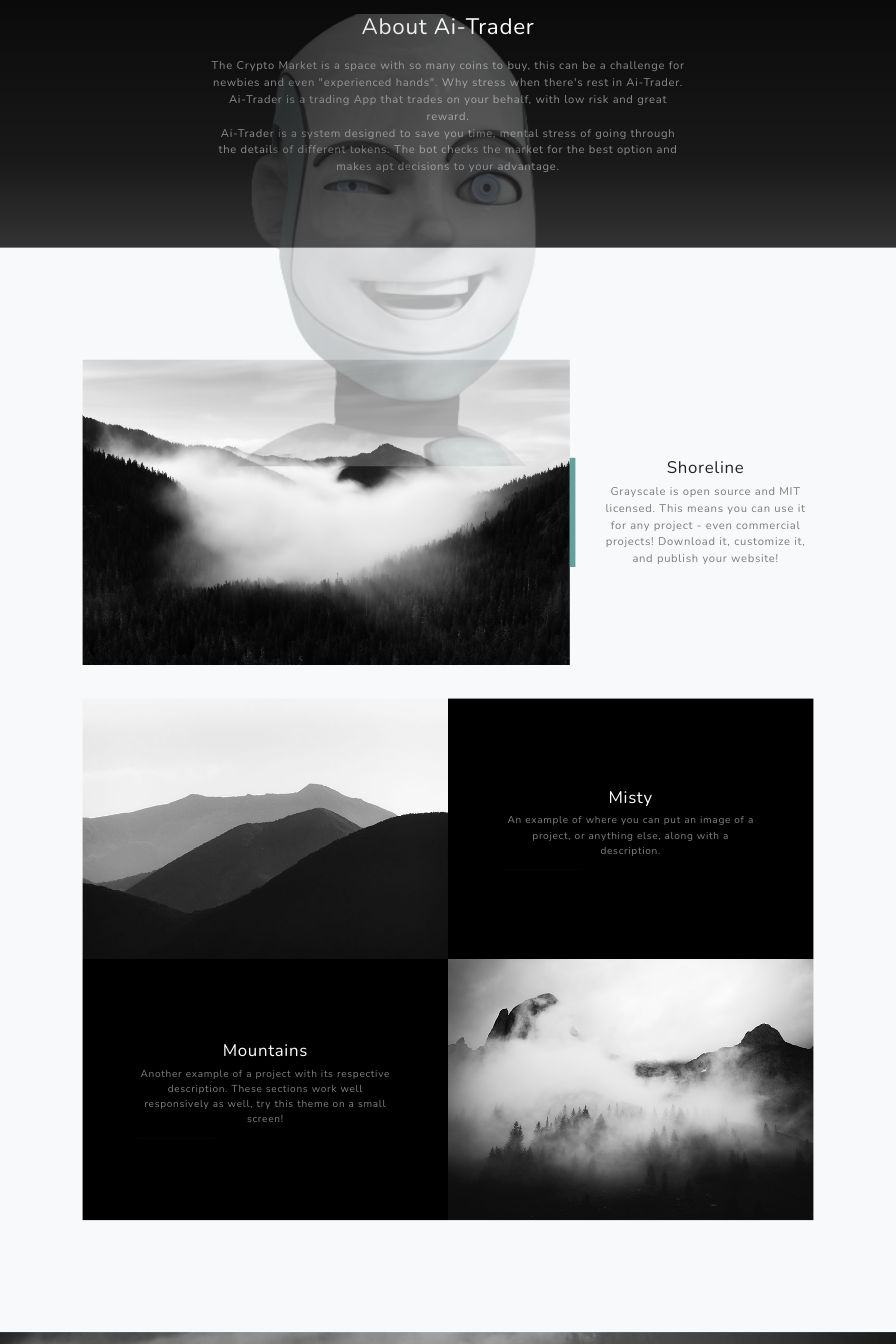
Repository: seyicoded/ico_one
Page: docs/index.html
These files come from the project's save history. The page is drawn as it stood at one moment and after the next save; the edit follows.
The browser window is 1280 px wide. The pictures show the part of the page from y = 860 to 2780 px (the page is 3859 px tall before and 4135 px after), at 70% of full size.

Above is the page before, as saved 2022-02-13 16:46:19.

### docs/index.html
<!DOCTYPE html>
<html lang="en">
    <head>
        <meta charset="utf-8" />
        <meta name="viewport" content="width=device-width, initial-scale=1, shrink-to-fit=no" />
        <meta name="description" content="" />
        <meta name="author" content="" />
        <title>Ai-Trader</title>
        <link rel="icon" type="image/x-icon" href="assets/favicon.ico" />
        <!-- Font Awesome icons (free version)-->
        <script src="https://use.fontawesome.com/releases/v5.15.4/js/all.js" crossorigin="anonymous"></script>
        <!-- Google fonts-->
        <link href="https://fonts.googleapis.com/css?family=Varela+Round" rel="stylesheet" />
        <link href="https://fonts.googleapis.com/css?family=Nunito:200,200i,300,300i,400,400i,600,600i,700,700i,800,800i,900,900i" rel="stylesheet" />
        <!-- Core theme CSS (includes Bootstrap)-->
        <link href="css/styles.css" rel="stylesheet" />
        <link href="css/animate.css" rel="stylesheet" />
        <link href="css/custom.css" rel="stylesheet" />
        <script src="js/jquery.js"></script>
        <script src="js/wow.js"></script>
        <script src="js/bs.js"></script>
        <script type="text/javascript">
            //Initiat WOW JS
            window.onload = function(){
                $("#loaderr").hide();
                new WOW().init();
            }
            // new WOW().init();
        </script>
        <style>
            #loaderr{
                position: fixed;
                z-index: 99;
                top: 0;
                bottom: 0;
                left: 0;
                right: 0;
                background: linear-gradient(grey, black);
                display: flex;
                justify-content: center;
                align-items: center;
            }
            #skip-loader{
                position: fixed;
                bottom: 3%;
                right: 3%;
                background-color: transparent;
                color: white;
                border: none;
            }
        </style>
    </head>
    <body id="page-top">
        <!--  loader start -->
        <div id="loaderr">
            <img src="assets/svg/Spin-0.5s-247px.svg" />
            <button id="skip-loader" onclick="$('#loaderr').hide()">skip</button>
        </div>
        <!-- loader stop -->

        <!-- Navigation-->
        <nav class="navbar navbar-expand-lg navbar-light fixed-top" id="mainNav">
            <div class="container px-4 px-lg-5">
                <a class="navbar-brand" href="#page-top">Ai-Trader</a>
                <button class="navbar-toggler navbar-toggler-right" type="button" data-bs-toggle="collapse" data-bs-target="#navbarResponsive" aria-controls="navbarResponsive" aria-expanded="false" aria-label="Toggle navigation">
                    Menu
                    <i class="fas fa-bars"></i>
                </button>
                <div class="collapse navbar-collapse" id="navbarResponsive">
                    <ul class="navbar-nav ms-auto">
                        <li class="nav-item"><a class="nav-link" href="#about">About</a></li>
                        <li class="nav-item"><a class="nav-link" href="#projects">Projects</a></li>
                        <li class="nav-item"><a class="nav-link" href="#signup">Contact</a></li>
                    </ul>
                </div>
            </div>
        </nav>
        <!-- Masthead-->
        <header class="masthead">
            <div class="container px-4 px-lg-5 d-flex h-100 align-items-center justify-content-center">
                <div class="d-flex justify-content-center">
                    <div class="text-center">
                        <h1 class="mx-auto my-0 text-uppercase wow fadeIn animated" data-wow-duration="1090ms" data-wow-delay="1000ms">We Got You Covered</h1>
                        <h2 class="text-white-50 mx-auto mt-2 mb-5 wow fadeIn animated" data-wow-duration="1090ms" data-wow-delay="1300ms">An Artificial Intelligence You Can Trust.</h2>
                        <a class="btn btn-primary wow fadeIn animated" href="#about"  data-wow-duration="1090ms" data-wow-delay="1600ms">Get Started</a>
                    </div>
                </div>
            </div>
        </header>
        <!-- About-->
        <section class="about-section text-center" id="about">
            <div class="container px-4 px-lg-5">
                <div class="row gx-4 gx-lg-5 justify-content-center">
                    <div class="col-lg-8">
                        <h2 class="text-white mb-4">About Ai-Trader</h2>
                        <p class="text-white-50">
                            The Crypto Market is a space with so many coins to buy, this can be a challenge for newbies and even "experienced hands". Why stress when there's rest in Ai-Trader. <br />
                            Ai-Trader is a trading App that trades on your behalf, with low risk and great reward. <br />
                            Ai-Trader is a system designed to save you time, mental stress of going through the details of different tokens. The bot checks the market for the best option and makes apt decisions to your advantage.
                        </p>
                    </div>
                    <img class="img-fluid" src="assets/img/ipad.png" style="filter: grayscale(80%); position: absolute; opacity: 30%;" alt="..." />
                </div>
                <!-- <img class="img-fluid" src="assets/img/ipad.png" style="filter: grayscale(80%); position: absolute; opacity: 30%;" alt="..." /> -->
                <div>&nbsp;</div>
            </div>
        </section>
        <!-- Projects-->
        <section class="projects-section bg-light" id="projects">
            <div class="container px-4 px-lg-5">
                <!-- Featured Project Row-->
                <div class="row gx-0 mb-4 mb-lg-5 align-items-center">
                    <div class="col-xl-8 col-lg-7"><img class="img-fluid mb-3 mb-lg-0" src="assets/img/bg-masthead.jpg" alt="..." /></div>
                    <div class="col-xl-4 col-lg-5">
                        <div class="featured-text text-center text-lg-left">
                            <h4>Shoreline</h4>
                            <p class="text-black-50 mb-0">Grayscale is open source and MIT licensed. This means you can use it for any project - even commercial projects! Download it, customize it, and publish your website!</p>
                        </div>
                    </div>
                </div>
                <!-- Project One Row-->
                <div class="row gx-0 mb-5 mb-lg-0 justify-content-center">
                    <div class="col-lg-6"><img class="img-fluid" src="assets/img/demo-image-01.jpg" alt="..." /></div>
                    <div class="col-lg-6">
                        <div class="bg-black text-center h-100 project">
                            <div class="d-flex h-100">
                                <div class="project-text w-100 my-auto text-center text-lg-left">
                                    <h4 class="text-white">Misty</h4>
                                    <p class="mb-0 text-white-50">An example of where you can put an image of a project, or anything else, along with a description.</p>
                                    <hr class="d-none d-lg-block mb-0 ms-0" />
                                </div>
                            </div>
                        </div>
                    </div>
                </div>
                <!-- Project Two Row-->
                <div class="row gx-0 justify-content-center">
                    <div class="col-lg-6"><img class="img-fluid" src="assets/img/demo-image-02.jpg" alt="..." /></div>
                    <div class="col-lg-6 order-lg-first">
                        <div class="bg-black text-center h-100 project">
                            <div class="d-flex h-100">
                                <div class="project-text w-100 my-auto text-center text-lg-right">
                                    <h4 class="text-white">Mountains</h4>
                                    <p class="mb-0 text-white-50">Another example of a project with its respective description. These sections work well responsively as well, try this theme on a small screen!</p>
                                    <hr class="d-none d-lg-block mb-0 me-0" />
                                </div>
                            </div>
                        </div>
                    </div>
                </div>
            </div>
        </section>
        <!-- Signup-->
        <section class="signup-section" id="signup">
            <div class="container px-4 px-lg-5">
                <div class="row gx-4 gx-lg-5">
                    <div class="col-md-10 col-lg-8 mx-auto text-center">
                        <i class="far fa-paper-plane fa-2x mb-2 text-white"></i>
                        <h2 class="text-white mb-5">Subscribe to receive updates!</h2>
                        <!-- * * * * * * * * * * * * * * *-->
                        <!-- * * SB Forms Contact Form * *-->
                        <!-- * * * * * * * * * * * * * * *-->
                        <!-- This form is pre-integrated with SB Forms.-->
                        <!-- To make this form functional, sign up at-->
                        <!-- https://startbootstrap.com/solution/contact-forms-->
                        <!-- to get an API token!-->
                        <form class="form-signup" id="contactForm" data-sb-form-api-token="API_TOKEN">
                            <!-- Email address input-->
                            <div class="row input-group-newsletter">
                                <div class="col"><input class="form-control" id="emailAddress" type="email" placeholder="Enter email address..." aria-label="Enter email address..." data-sb-validations="required,email" /></div>
                                <div class="col-auto"><button class="btn btn-primary disabled" id="submitButton" type="submit">Notify Me!</button></div>
                            </div>
                            <div class="invalid-feedback mt-2" data-sb-feedback="emailAddress:required">An email is required.</div>
                            <div class="invalid-feedback mt-2" data-sb-feedback="emailAddress:email">Email is not valid.</div>
                            <!-- Submit success message-->
                            <!---->
                            <!-- This is what your users will see when the form-->
                            <!-- has successfully submitted-->
                            <div class="d-none" id="submitSuccessMessage">
                                <div class="text-center mb-3 mt-2 text-white">
                                    <div class="fw-bolder">Form submission successful!</div>
                                    To activate this form, sign up at
                                    <br />
                                    <a href="https://startbootstrap.com/solution/contact-forms">https://startbootstrap.com/solution/contact-forms</a>
                                </div>
                            </div>
                            <!-- Submit error message-->
                            <!---->
                            <!-- This is what your users will see when there is-->
                            <!-- an error submitting the form-->
                            <div class="d-none" id="submitErrorMessage"><div class="text-center text-danger mb-3 mt-2">Error sending message!</div></div>
                        </form>
                    </div>
                </div>
            </div>
        </section>
        <!-- Contact-->
        <section class="contact-section bg-black">
            <div class="container px-4 px-lg-5">
                <div class="row gx-4 gx-lg-5">
                    <div class="col-md-4 mb-3 mb-md-0">
                        <div class="card py-4 h-100">
                            <div class="card-body text-center">
                                <i class="fas fa-map-marked-alt text-primary mb-2"></i>
                                <h4 class="text-uppercase m-0">Address</h4>
                                <hr class="my-4 mx-auto" />
                                <div class="small text-black-50">4923 Market Street, Orlando FL</div>
                            </div>
                        </div>
                    </div>
                    <div class="col-md-4 mb-3 mb-md-0">
                        <div class="card py-4 h-100">
                            <div class="card-body text-center">
                                <i class="fas fa-envelope text-primary mb-2"></i>
                                <h4 class="text-uppercase m-0">Email</h4>
                                <hr class="my-4 mx-auto" />
                                <div class="small text-black-50"><a href="#!">hello@yourdomain.com</a></div>
                            </div>
                        </div>
                    </div>
                    <div class="col-md-4 mb-3 mb-md-0">
                        <div class="card py-4 h-100">
                            <div class="card-body text-center">
                                <i class="fas fa-mobile-alt text-primary mb-2"></i>
                                <h4 class="text-uppercase m-0">Phone</h4>
                                <hr class="my-4 mx-auto" />
                                <div class="small text-black-50">+1 (555) 902-8832</div>
                            </div>
                        </div>
                    </div>
                </div>
                <div class="social d-flex justify-content-center">
                    <a class="mx-2" href="#!"><i class="fab fa-twitter"></i></a>
                    <a class="mx-2" href="#!"><i class="fab fa-facebook-f"></i></a>
                    <a class="mx-2" href="#!"><i class="fab fa-github"></i></a>
                </div>
            </div>
        </section>
        <!-- Footer-->
        <footer class="footer bg-black small text-center text-white-50"><div class="container px-4 px-lg-5">Copyright &copy; Your Website 2021</div></footer>
        <!-- Bootstrap core JS-->
        <script src="https://cdn.jsdelivr.net/npm/bootstrap@5.1.3/dist/js/bootstrap.bundle.min.js"></script>
        <!-- Core theme JS-->
        <script src="js/scripts.js"></script>

        <!-- * * * * * * * * * * * * * * * * * * * * * * * * * * * * * * * * * * * * * * * *-->
        <!-- * *                               SB Forms JS                               * *-->
        <!-- * * Activate your form at https://startbootstrap.com/solution/contact-forms * *-->
        <!-- * * * * * * * * * * * * * * * * * * * * * * * * * * * * * * * * * * * * * * * *-->
        <script src="https://cdn.startbootstrap.com/sb-forms-latest.js"></script>
    </body>
</html>

### docs/js/scripts.js
/*!
* Start Bootstrap - Grayscale v7.0.4 (https://startbootstrap.com/theme/grayscale)
* Copyright 2013-2021 Start Bootstrap
* Licensed under MIT (https://github.com/StartBootstrap/startbootstrap-grayscale/blob/master/LICENSE)
*/
//
// Scripts
//

window.addEventListener('DOMContentLoaded', event => {

    // Navbar shrink function
    var navbarShrink = function () {
        const navbarCollapsible = document.body.querySelector('#mainNav');
        if (!navbarCollapsible) {
            return;
        }
        if (window.scrollY === 0) {
            navbarCollapsible.classList.remove('navbar-shrink')
        } else {
            navbarCollapsible.classList.add('navbar-shrink')
        }

    };

    // Shrink the navbar
    navbarShrink();

    // Shrink the navbar when page is scrolled
    document.addEventListener('scroll', navbarShrink);

    // Activate Bootstrap scrollspy on the main nav element
    const mainNav = document.body.querySelector('#mainNav');
    if (mainNav) {
        new bootstrap.ScrollSpy(document.body, {
            target: '#mainNav',
            offset: 74,
        });
    };

    // Collapse responsive navbar when toggler is visible
    const navbarToggler = document.body.querySelector('.navbar-toggler');
    const responsiveNavItems = [].slice.call(
        document.querySelectorAll('#navbarResponsive .nav-link')
    );
    responsiveNavItems.map(function (responsiveNavItem) {
        responsiveNavItem.addEventListener('click', () => {
            if (window.getComputedStyle(navbarToggler).display !== 'none') {
                navbarToggler.click();
            }
        });
    });

});

Loaded but not shown: docs/css/styles.css (library); docs/css/animate.css (library); docs/js/jquery.js (library); docs/js/wow.js (library); docs/js/bs.js (library); docs/css/custom.css (no stored copy; drawn as an empty file)

After the next save:
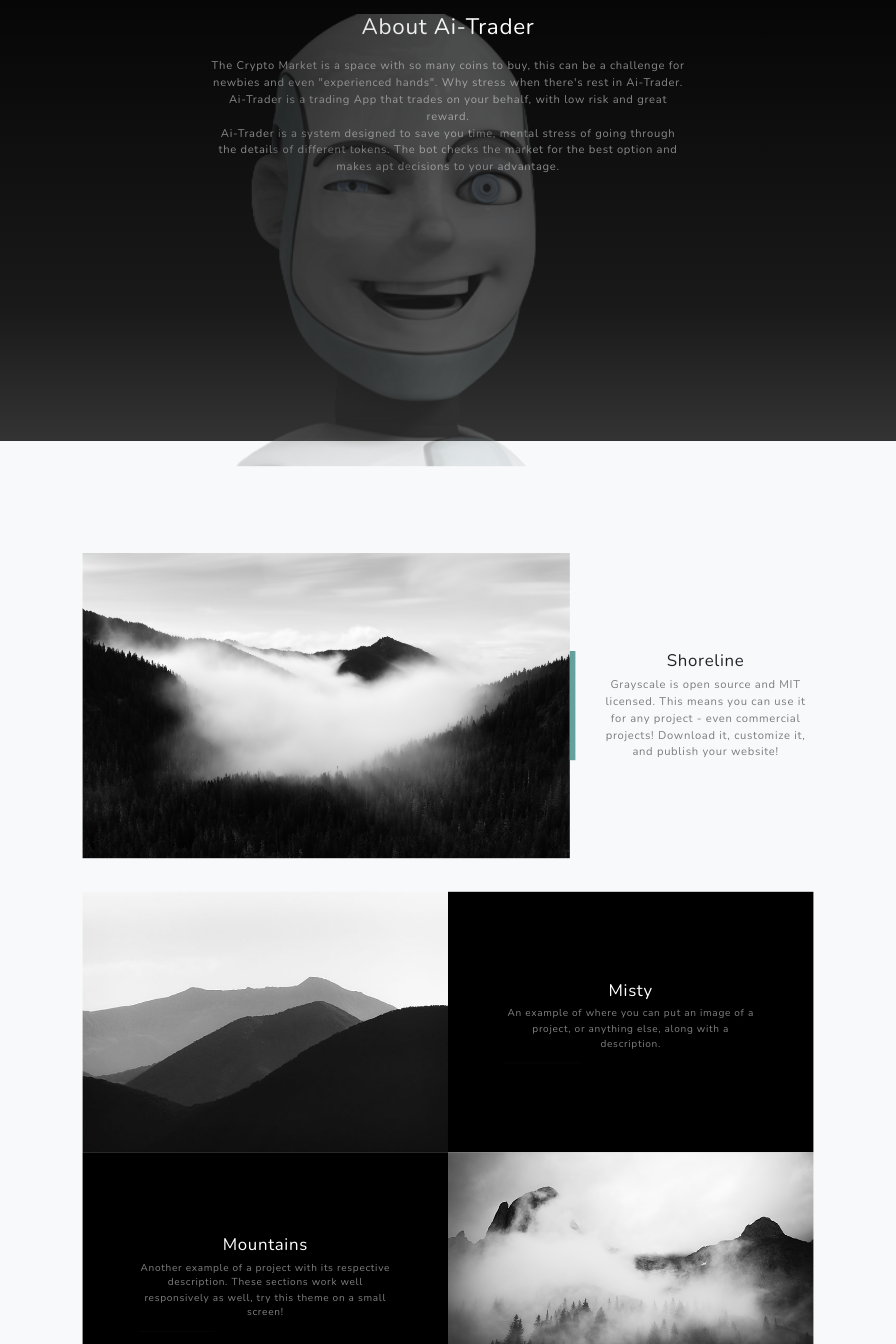
Saved 31 s later.
--- a/docs/index.html
+++ b/docs/index.html
@@ -102,7 +102,7 @@
                     <img class="img-fluid" src="assets/img/ipad.png" style="filter: grayscale(80%); position: absolute; opacity: 30%;" alt="..." />
                 </div>
                 <!-- <img class="img-fluid" src="assets/img/ipad.png" style="filter: grayscale(80%); position: absolute; opacity: 30%;" alt="..." /> -->
-                <div>&nbsp;</div>
+                <div style="height: 300px;">&nbsp;</div>
             </div>
         </section>
         <!-- Projects-->
